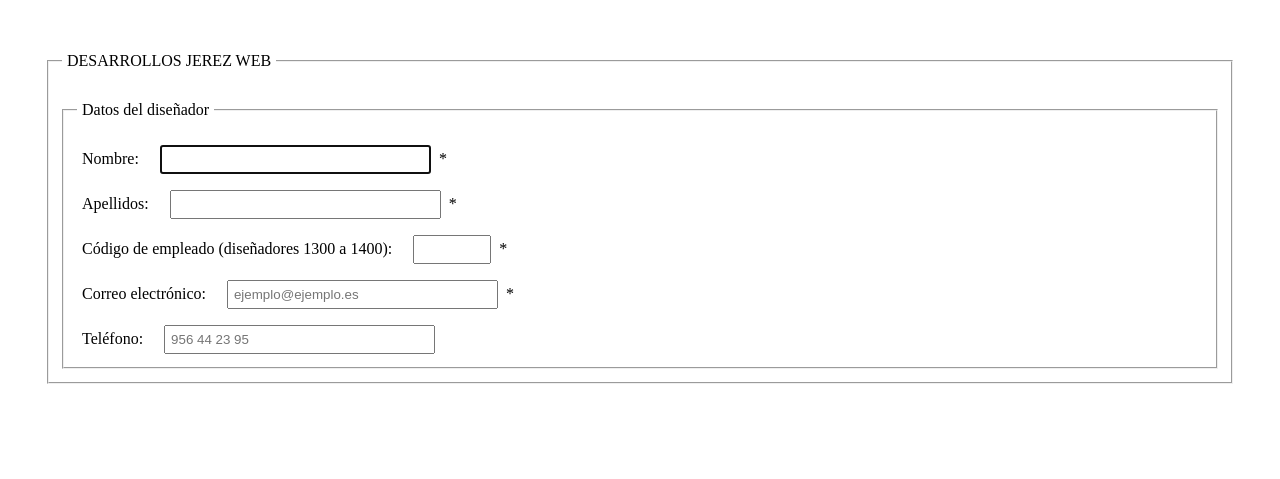
Repository: iSaan86/EV_Practica_FormularioCSS
Page: index.html
The author's editor kept a copy of each file at every save. The page is drawn from the files as they stood at one save, then again after the next save.
The browser window is 1280 px wide. The pictures show the whole page.

Above is the page before, as saved 2024-01-11 16:45:15.

### index.html
<!DOCTYPE html>
<html lang="es-ES">

<head>
    <meta charset="UTF-8">
    <meta name="viewport" content="width=device-width, initial-scale=1.0">
    <meta name="keywords" content="formulario, html, css, practica">
    <meta name="description" content="Formularios">
    <meta name="author" content="Alexandra Ferrera Arenas">
    <link rel="icon" type="image/x-icon" href="img/logo-giro.png">
    <link rel="stylesheet" href="css/estilo.css">
    <title> PRACTICA DE FORMULARIOS </title>
</head>

<body>
    <!-- ABRO FORMULARIO -->
    <form method="get" action="" name="formulario1" id="formulario1">
        <!--AGRUPACION GENERAL-->
        <fieldset>
            <legend class="datos">DESARROLLOS JEREZ WEB</legend>
            <fieldset><legend class="datos">Datos del diseñador</legend>
                <label for="nombre">Nombre:</label><input type="text" id="nombre" name="nombre" alt="indique su nombre" size="30%" autofocus required minlength="2" maxlength="50">*<br>
                <label for="apellidos">Apellidos:</label><input type="text" id="apellidos" name="apellidos" alt="indique sus apellidos" size="30%" required minlength="2" maxlength="50">*<br>
                <label for="codigo">Código de empleado (diseñadores 1300 a 1400):</label><input type="number" id="codigo" name="codigo" alt="indique su código de empleado" required min="1300" max="1400">*<br>
                <label for="email">Correo electrónico:</label><input type="email" id="email" name="email" alt="indique su email" size="30%" placeholder="ejemplo@ejemplo.es" required>*<br>
                <label for="telefono">Teléfono:</label><input type="tel" id="telefono"  name="telefono" alt="indique su telefono" size="30%" placeholder="956 44 23 95"><br>
            </fieldset>














        </fieldset>
    </form>




</body>





</html>

### css/estilo.css
@charset "UTF-8";

/* Para todo el html */
*{
    padding: 5px;
    margin:8px;
}

After the next save:
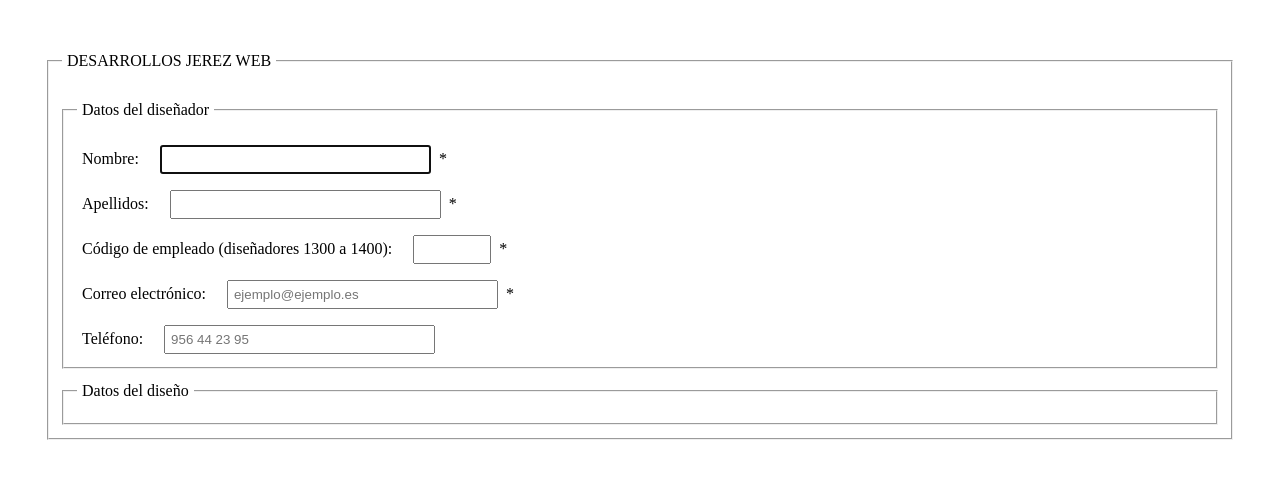
Saved 96 s later.
--- a/index.html
+++ b/index.html
@@ -18,14 +18,15 @@
         <!--AGRUPACION GENERAL-->
         <fieldset>
             <legend class="datos">DESARROLLOS JEREZ WEB</legend>
-            <fieldset><legend class="datos">Datos del diseñador</legend>
+            <fieldset><legend class="datos2">Datos del diseñador</legend>
                 <label for="nombre">Nombre:</label><input type="text" id="nombre" name="nombre" alt="indique su nombre" size="30%" autofocus required minlength="2" maxlength="50">*<br>
                 <label for="apellidos">Apellidos:</label><input type="text" id="apellidos" name="apellidos" alt="indique sus apellidos" size="30%" required minlength="2" maxlength="50">*<br>
                 <label for="codigo">Código de empleado (diseñadores 1300 a 1400):</label><input type="number" id="codigo" name="codigo" alt="indique su código de empleado" required min="1300" max="1400">*<br>
                 <label for="email">Correo electrónico:</label><input type="email" id="email" name="email" alt="indique su email" size="30%" placeholder="ejemplo@ejemplo.es" required>*<br>
                 <label for="telefono">Teléfono:</label><input type="tel" id="telefono"  name="telefono" alt="indique su telefono" size="30%" placeholder="956 44 23 95"><br>
             </fieldset>
-
+            <fieldset><legend class="datos2">Datos del diseño</legend>
+            </fieldset>
 
 
 
